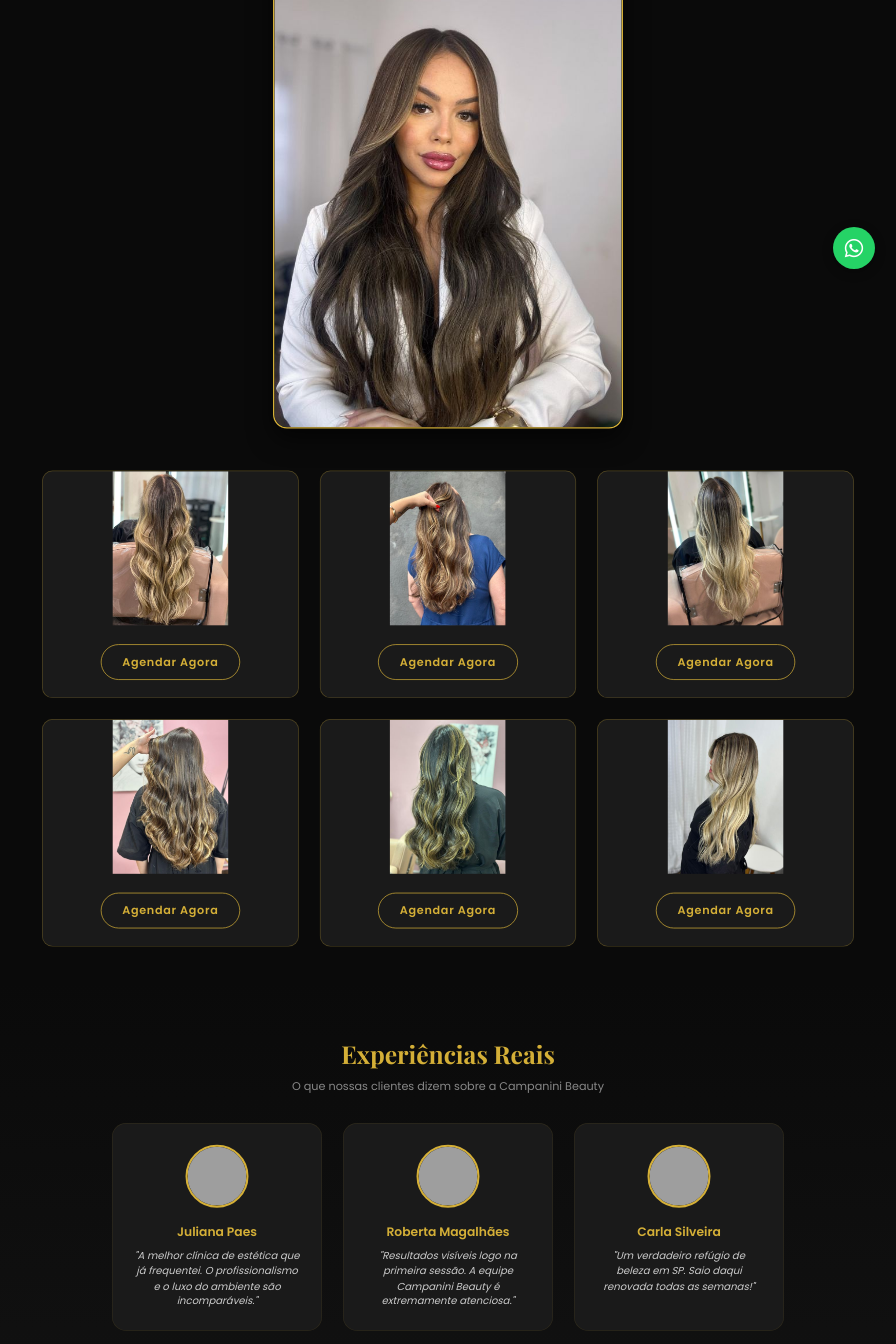
Repository: Sandro1969-tech/campanini-beauty
Page: index.html
These files come from the project's save history. The page is drawn as it stood at one moment and after a run of saves; the edit follows.
The browser window is 1280 px wide. The pictures show the part of the page from y = 306 to 2226 px (the page is 2941 px tall), at 70% of full size.
Pictures or frames that could not be fetched are drawn as grey boxes.

Above is the page before, as saved 2026-02-17 19:58:10.

After the next 2 saves:
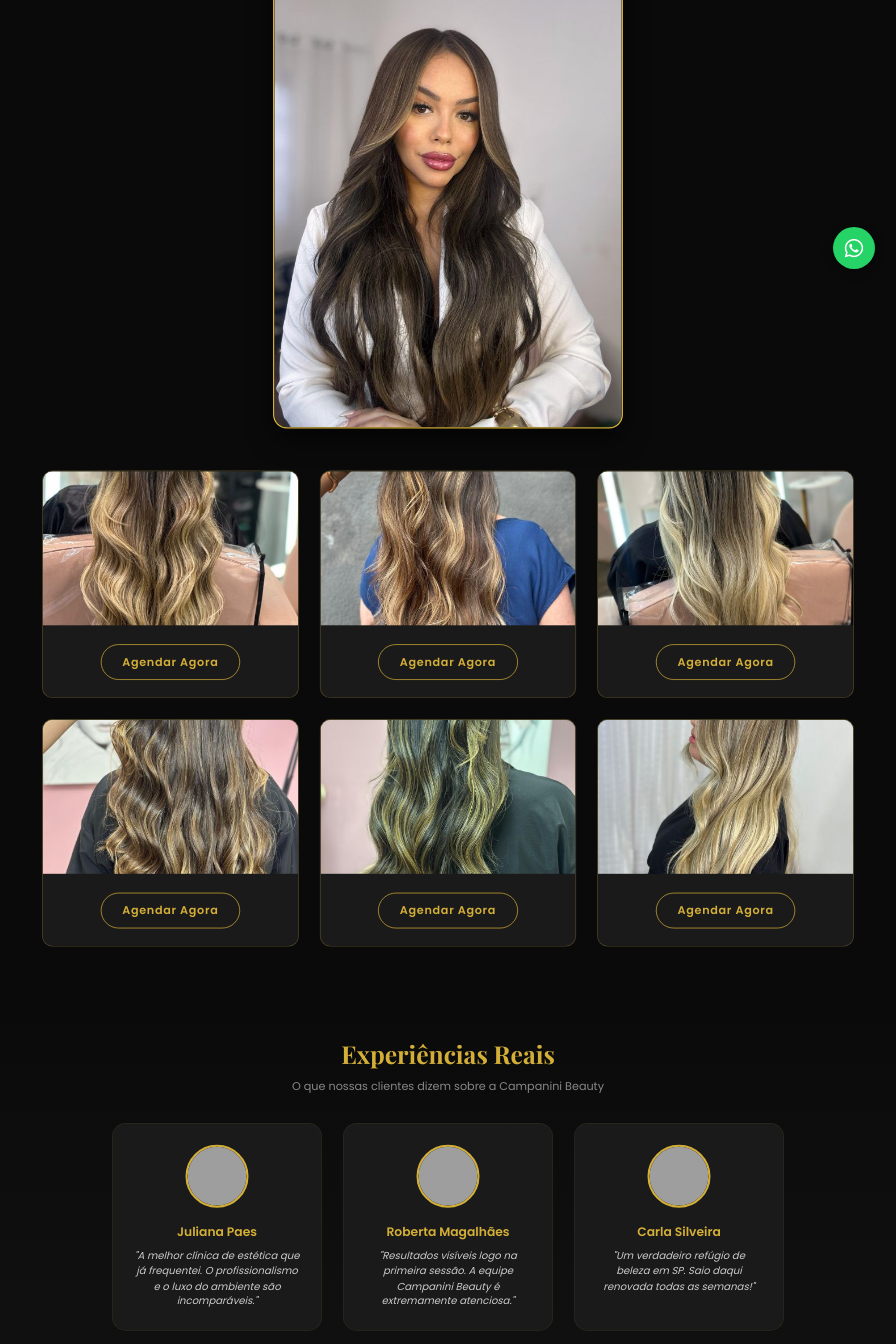
The 2 saves are shown as one change because they came seconds apart.
The last was saved 22 s later.
--- a/index.html
+++ b/index.html
@@ -108,7 +108,7 @@
         .card img {
             width: 100%;
             height: 220px;
-            object-fit: contain; /* Garante que a imagem não fique esticada */
+            object-fit: cover; /* Garante que a imagem não fique esticada */
         }
 
         /* --- SEÇÃO DE DEPOIMENTOS --- */

After the 2 saves that followed:
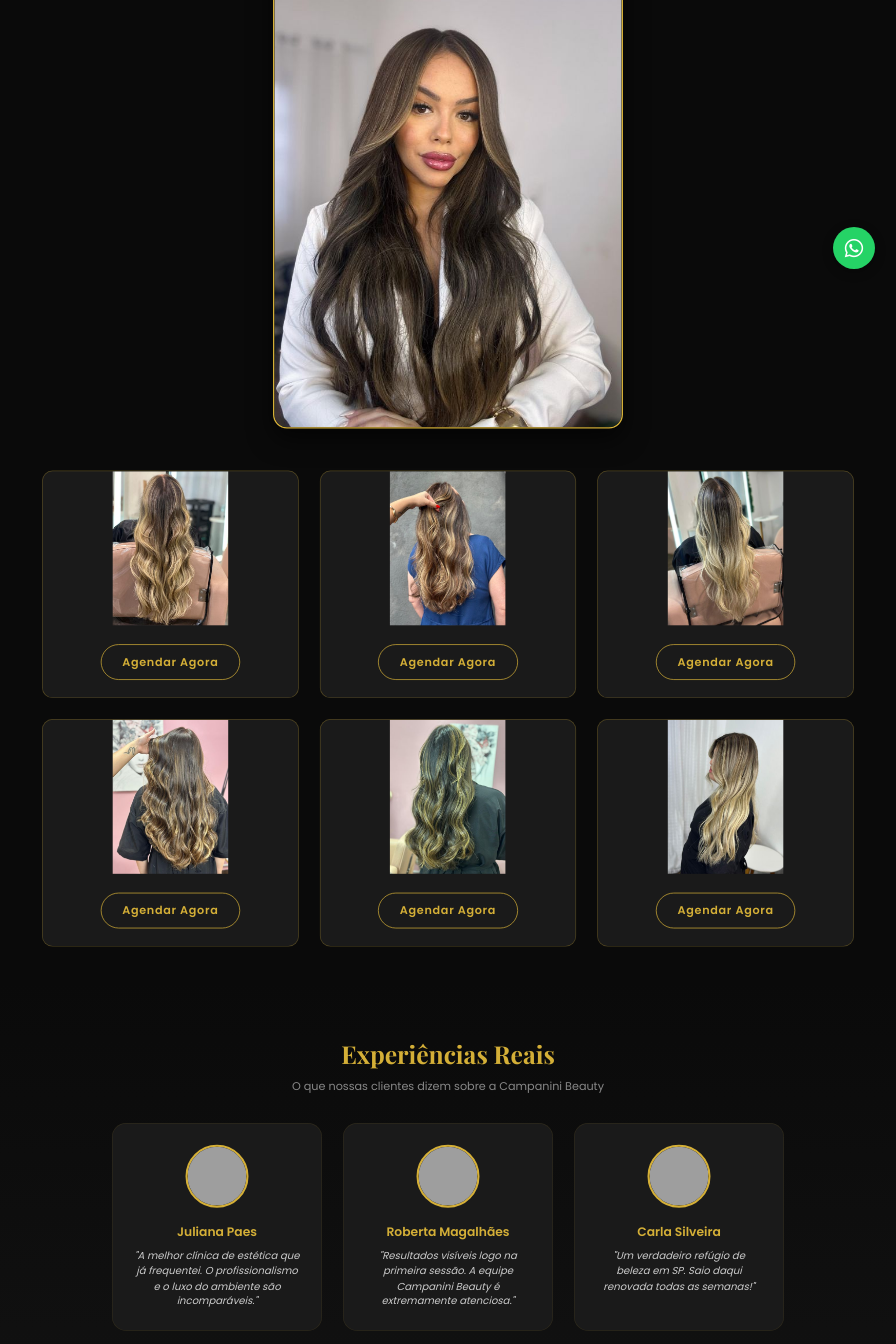
The 2 saves are shown as one change because they came seconds apart.
The last was saved 27 s later.
--- a/index.html
+++ b/index.html
@@ -108,7 +108,7 @@
         .card img {
             width: 100%;
             height: 220px;
-            object-fit: cover; /* Garante que a imagem não fique esticada */
+            object-fit: contain; /* Garante que a imagem não fique esticada */
         }
 
         /* --- SEÇÃO DE DEPOIMENTOS --- */
